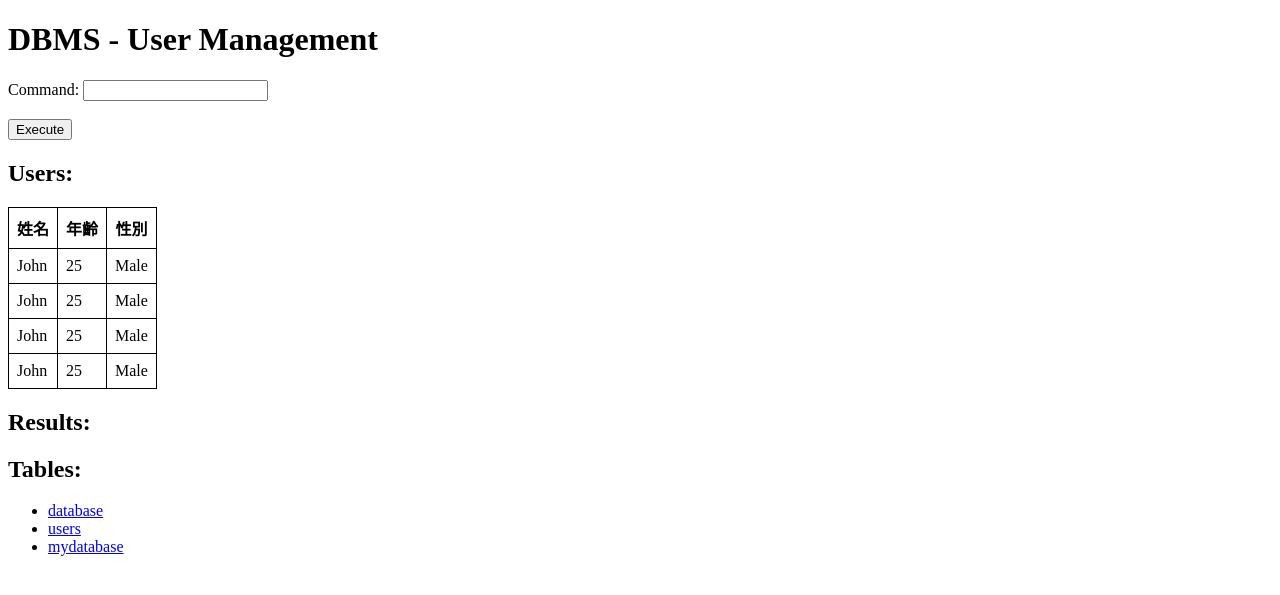
Repository: mark6969/DBMS-use-python
Page: http://localhost/
The author's editor kept a copy of each file at every save. The page is drawn from the files as they stood at one save, then again after the next save.
The browser window is 1280 px wide. The pictures show the whole page.
The page is served by the project's application, run on Flask 3 (run.py).

Above is the page before, as saved 2023-05-19 15:21:23.

After the next save:
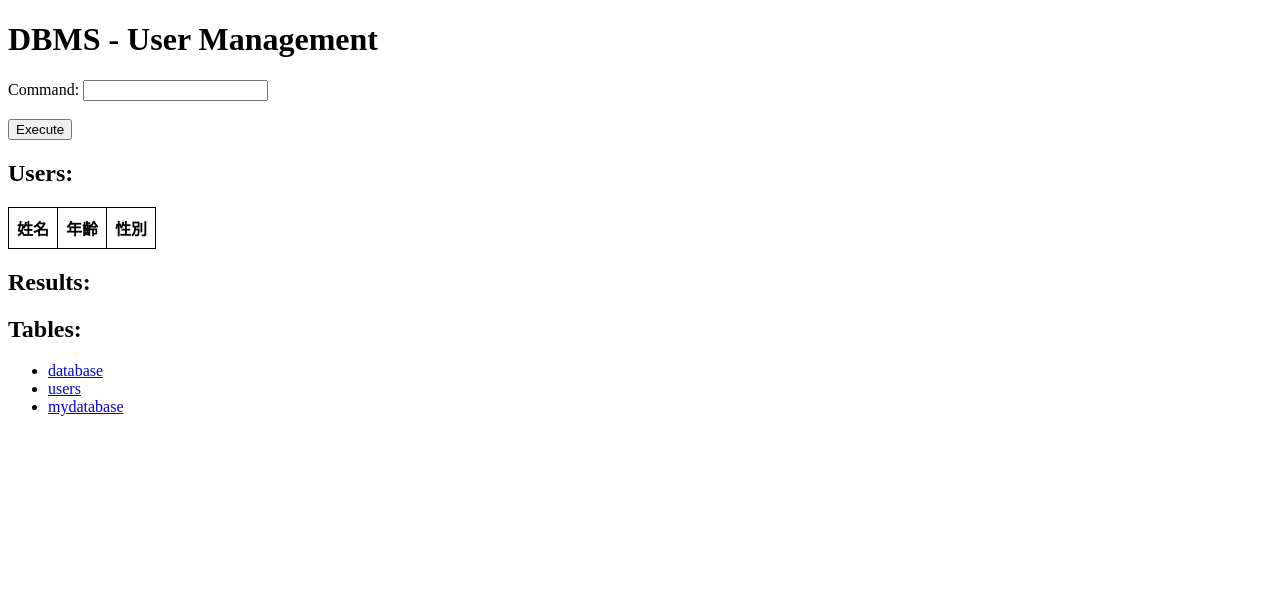
Saved 68 s later.
--- a/run.py
+++ b/run.py
@@ -6,18 +6,18 @@ import csv
 app = Flask(__name__)
 
 
-def get_all_users():
-    users = []
-    with open('mydatabase.csv', 'r') as file:
-        reader = csv.DictReader(file)
-        for row in reader:
-            user = {
-                'name': row['name'],
-                'age': row['age'],
-                'sex': row['sex']
-            }
-            users.append(user)
-    return users
+# def get_all_users():
+#     users = []
+#     with open('mydatabase.csv', 'r') as file:
+#         reader = csv.DictReader(file)
+#         for row in reader:
+#             user = {
+#                 'name': row['name'],
+#                 'age': row['age'],
+#                 'sex': row['sex']
+#             }
+#             users.append(user)
+#     return users
 
 def get_all(table):
     data = []
@@ -134,14 +134,14 @@ def index():
     else:
         results = []
 
-    users = get_all_users()
+    # users = get_all_users()
     # tables = get_all_tables('mydatabase')
     tables = get_all_csv_name()
-    print("users")
-    print(users)
+    # print("users")
+    # print(users)
     print("results")
     print(results)
-    return render_template('index.html', users=users, results=results, tables=tables)
+    return render_template('index.html', results=results, tables=tables)
 
 
 if __name__ == '__main__':
